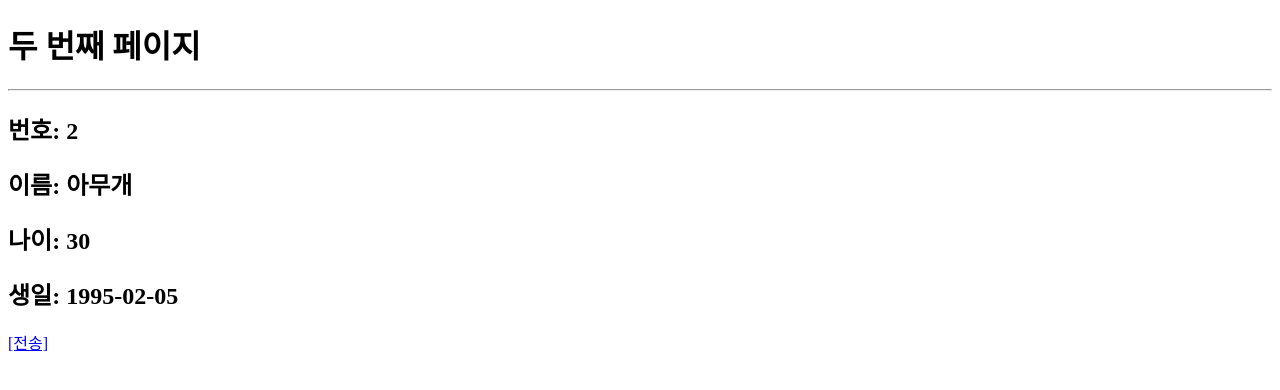
Repository: Taein142/STS3
Page: http://localhost/jsp01/mavCase
An editor plug-in stored every save of this project. The page is shown before and after the next save, followed by the edit.
The browser window is 1280 px wide. The pictures show the whole page.
The page is served by Tomcat 9. Other server files are loaded and not shown.

Above is the page before, as saved 2024-02-02 05:25:08.

### jsp01/src/main/webapp/WEB-INF/views/modelAndView.jsp
<%@ page language="java" contentType="text/html; charset=UTF-8"
    pageEncoding="UTF-8"%>
<!DOCTYPE html>
<html>
<head>
<meta charset="UTF-8">
<title>Insert title here</title>
</head>
<body>
	<h1>${sec_data}</h1>
	<hr>
	<h2>번호: ${person2.code}</h2>
	<h2>이름: ${person2.strData}</h2>
	<h2>나이: ${person2.numData}</h2>
	<h2>생일: ${person2.dataData}</h2>

	<a href="send?id=user&num1=1234&num2=74">[전송]</a>

</body>
</html>

### jsp01/src/main/java/com/icia/jsp01/dto/DataDTO.java
package com.icia.jsp01.dto;

import lombok.Getter;
import lombok.Setter;
import lombok.ToString;

@Getter
@Setter
@ToString
public class DataDTO {
	private int code; // 데이터 번호
	private String strData;
	private int numData;
	private String dataData;

}

After the next save:
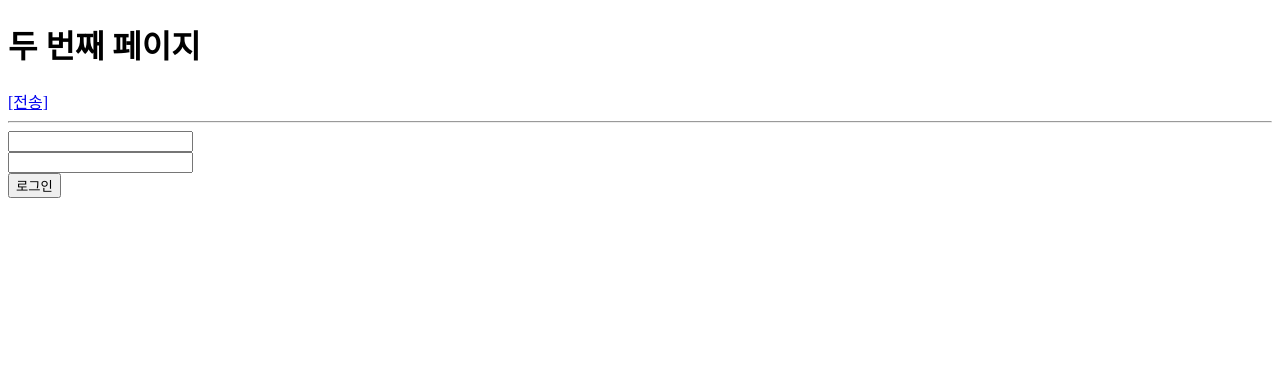
Saved 4 min 41 s later.
--- a/jsp01/src/main/webapp/WEB-INF/views/modelAndView.jsp
+++ b/jsp01/src/main/webapp/WEB-INF/views/modelAndView.jsp
@@ -8,13 +8,19 @@
 </head>
 <body>
 	<h1>${sec_data}</h1>
-	<hr>
+	<%-- <hr>
 	<h2>번호: ${person2.code}</h2>
 	<h2>이름: ${person2.strData}</h2>
 	<h2>나이: ${person2.numData}</h2>
-	<h2>생일: ${person2.dataData}</h2>
+	<h2>생일: ${person2.dataData}</h2> --%>
+	<a href="send?id=user&num1=1234&num2=74">[전송]</a>
+	<hr>
+	<form action="login" method="get"> <!-- method는 디폴트가 get이다.(생략가능) -->
+		<input type="text" name="id"> <br>
+		<input type="text" name="password"> <br>
+		<input type="submit" value="로그인">
+	</form>
 
-	<a href="send?id=user&num1=1234&num2=74">[전송]</a>
 
 </body>
 </html>
